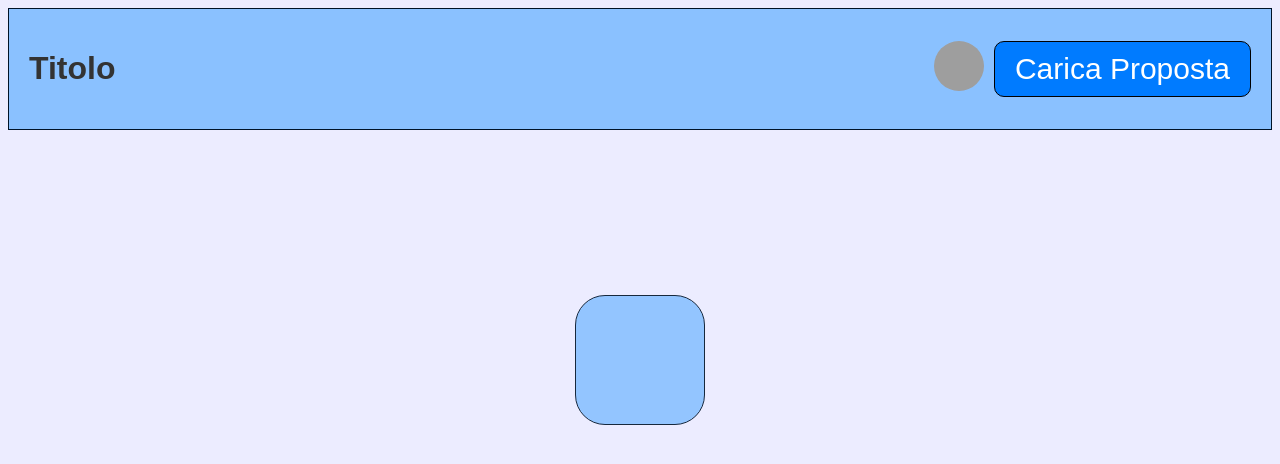
Repository: GabrielCellammare/WebApplication-SA-CyberSecurity
Page: http://localhost/WebProject-CellammareGabriel_ApplicationSecurity_/userLogged/indexLogged.jsp
An editor plug-in stored every save of this project. The page is shown before and after the next save, followed by the edit.
The browser window is 1280 px wide. The pictures show the whole page.
Pictures or frames that could not be fetched are drawn as grey boxes. The page is served by Tomcat 9. Nobody is signed in. The application's start-up code is not run. Other server files are loaded and not shown.

Above is the page before, as saved 2024-01-15 17:50:59.

### WebProject-CellammareGabriel(ApplicationSecurity)/WebContent/userLogged/indexLogged.jsp
<%@ page language="java" contentType="text/html; charset=ISO-8859-1"
    pageEncoding="ISO-8859-1"%>
<!DOCTYPE html>
<html>

<head>
<title>Homepage Web Application</title>

        <style>
         	<%@include file="/WEB-INF/css/styleIndexLogged.css"%>
         </style>

</head>
<body>
    <div class="navbar">
        <h1>Titolo</h1>
        <div class="navbar-buttons">
            <div class="dropdown">
                <img src="path_to_profile_image.jpg" alt="Profilo" class="profile-image">
                <div class="dropdown-content">
                    <a href="logout.jsp">Logout</a>
                    <a href="modificaProfilo.jsp">Modifica Profilo</a>
                </div>
            </div>
            <a href="caricaProposta.jsp" class="button">Carica Proposta</a>
        </div>
    </div>
    <div class="container">
        <!-- Qui puoi inserire il codice per visualizzare le proposte progettuali -->
    </div>
</body>
</html>

### WebProject-CellammareGabriel(ApplicationSecurity)/WebContent/WEB-INF/css/styleIndexLogged.css
@charset "ISO-8859-1";
body {
    font-family: sans-serif;
    background-color: #ececff;
}

.navbar {
    display: flex;
    justify-content: space-between;
    align-items: center;
    padding: 20px;
    background-color: #8ac1ff;
    border:1px solid #001328;
}

.navbar h1 {
    color: #333;
}

.navbar-buttons {
    display: flex;
    gap: 10px;
}

.profile-image {
    width: 50px;
    height: 50px;
    border-radius: 50%;
    cursor: pointer;
}

.dropdown {
    position: relative;
    display: inline-block;
}

.dropdown-content {
    display: none;
    position: absolute;
    background-color: #f9f9f9;
    min-width: 160px;
    box-shadow: 0px 8px 16px 0px rgba(0,0,0,0.2);
    padding: 12px 16px;
    z-index: 1;
}

.dropdown:hover .dropdown-content {
    display: block;
}

.button {
    background-color: #007bff;
    color: #fff;
    padding: 10px 20px;
    text-decoration: none;
    border: 1px solid black;
    border-radius: 10px;
    font-size: 30px;
    cursor: pointer;
}

.button:hover {
    background-color: #0056b3;
}

.container {
    margin: 0 auto;
    max-width: 80vw;
    padding: 5vw;
    background-color: #8ac1ff;
    opacity: 0.9;
    border-radius: 30px;
    border:1px solid #001328;
    position: absolute;
    top: 50%;
    left: 50%;
    transform: translate(-50%, -50%);
}

After the next save:
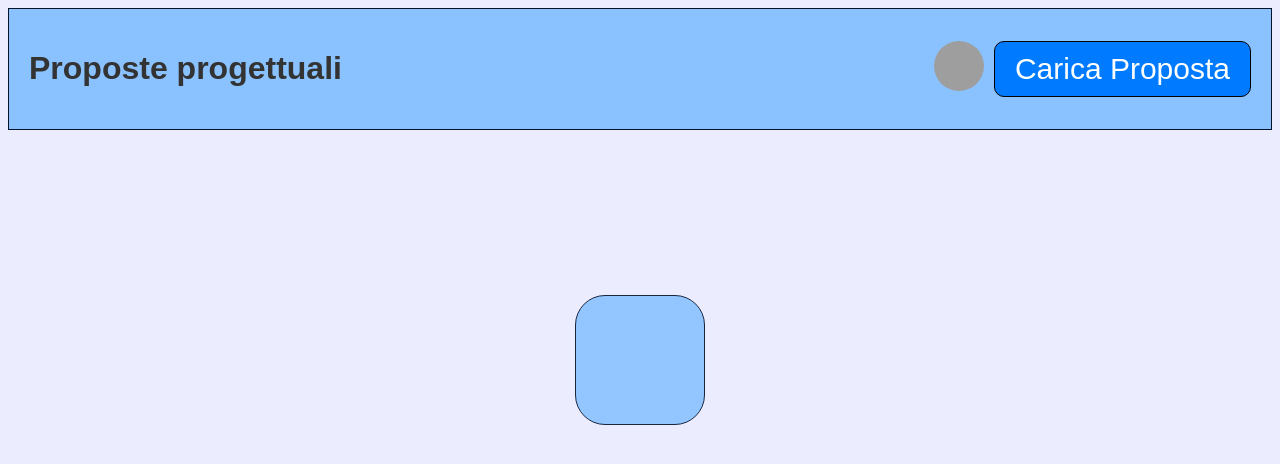
Saved 28 s later.
--- a/WebProject-CellammareGabriel(ApplicationSecurity)/WebContent/userLogged/indexLogged.jsp
+++ b/WebProject-CellammareGabriel(ApplicationSecurity)/WebContent/userLogged/indexLogged.jsp
@@ -13,7 +13,7 @@
 </head>
 <body>
     <div class="navbar">
-        <h1>Titolo</h1>
+        <h1>Proposte progettuali</h1>
         <div class="navbar-buttons">
             <div class="dropdown">
                 <img src="path_to_profile_image.jpg" alt="Profilo" class="profile-image">
